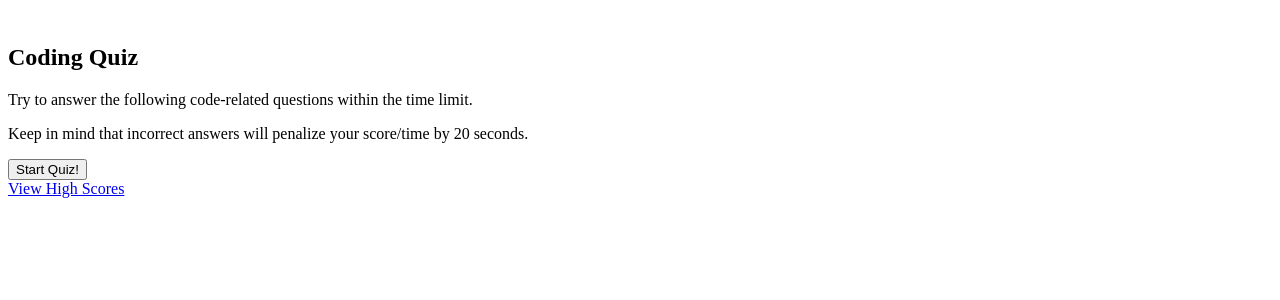
Repository: ziffoit/Code-Quiz
Page: index.html
These files come from the project's save history. The page is drawn as it stood at one moment and after the next save; the edit follows.
The browser window is 1280 px wide. The pictures show the whole page.

Above is the page before, as saved 2021-03-14 13:09:21.

After the next save:
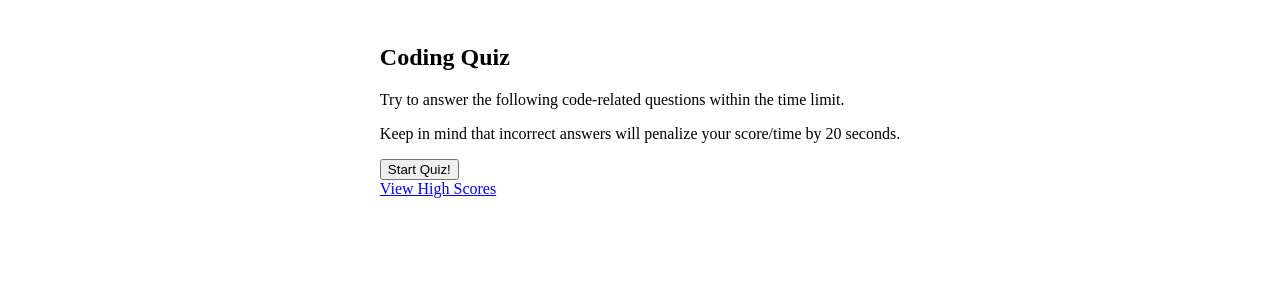
Saved 24 min 25 s later.
--- a/Assets/style.css
+++ b/Assets/style.css
@@ -6,4 +6,6 @@ body {
   display: flex;
   flex-flow: column wrap;
   justify-content: center;
+  align-items: center;
+  align-content: center;
 }
